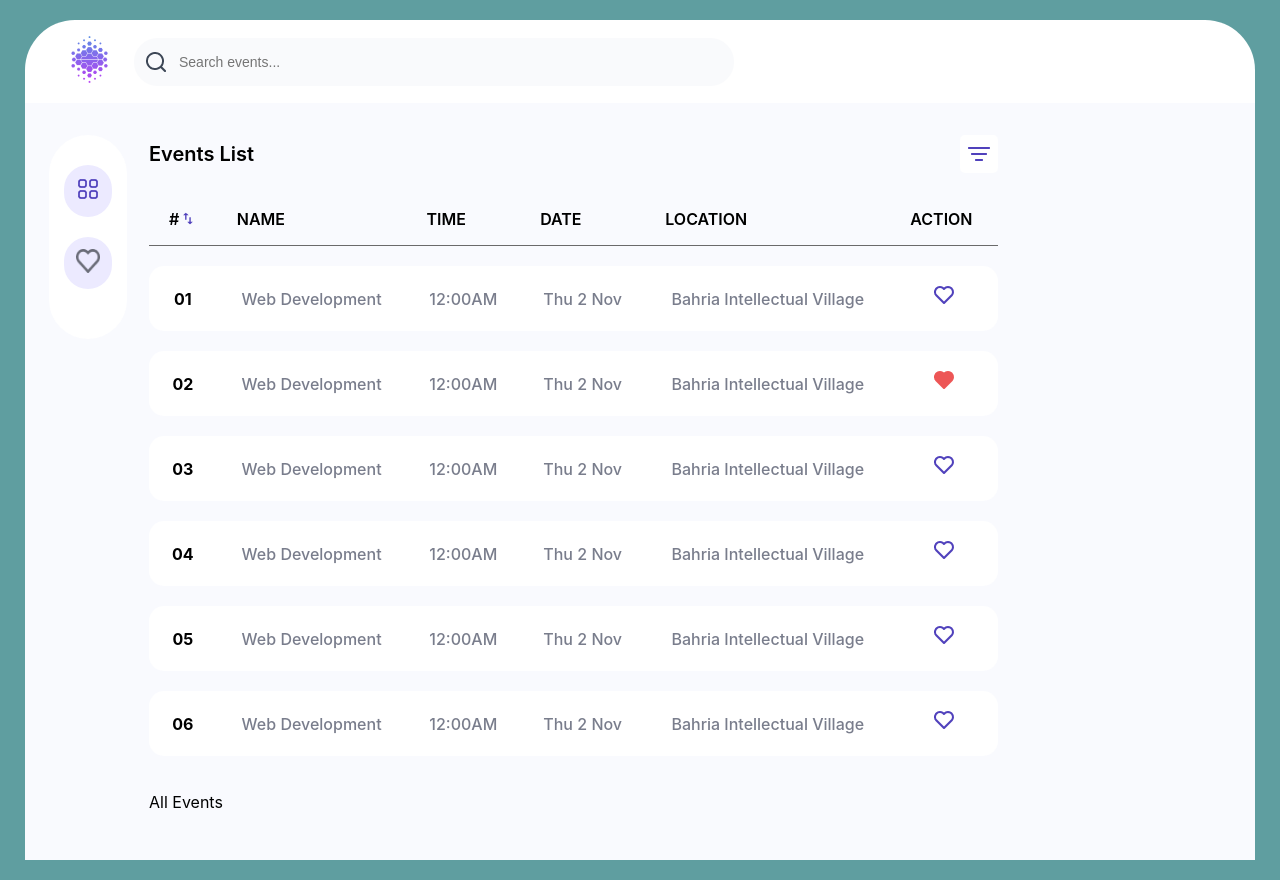
Repository: ahmadunitedsol710/react-dashboard
Page: /
The author's editor kept a copy of each file at every save. The page is drawn from the files as they stood at one save, then again after the next save.
The browser window is 1280 px wide. The pictures show the whole page.
The project was rebuilt for these pictures with package versions that can differ from the ones it lists, and the page was loaded fresh each time.

Above is the page before, as saved 2024-07-30 11:09:22.

After the next save:
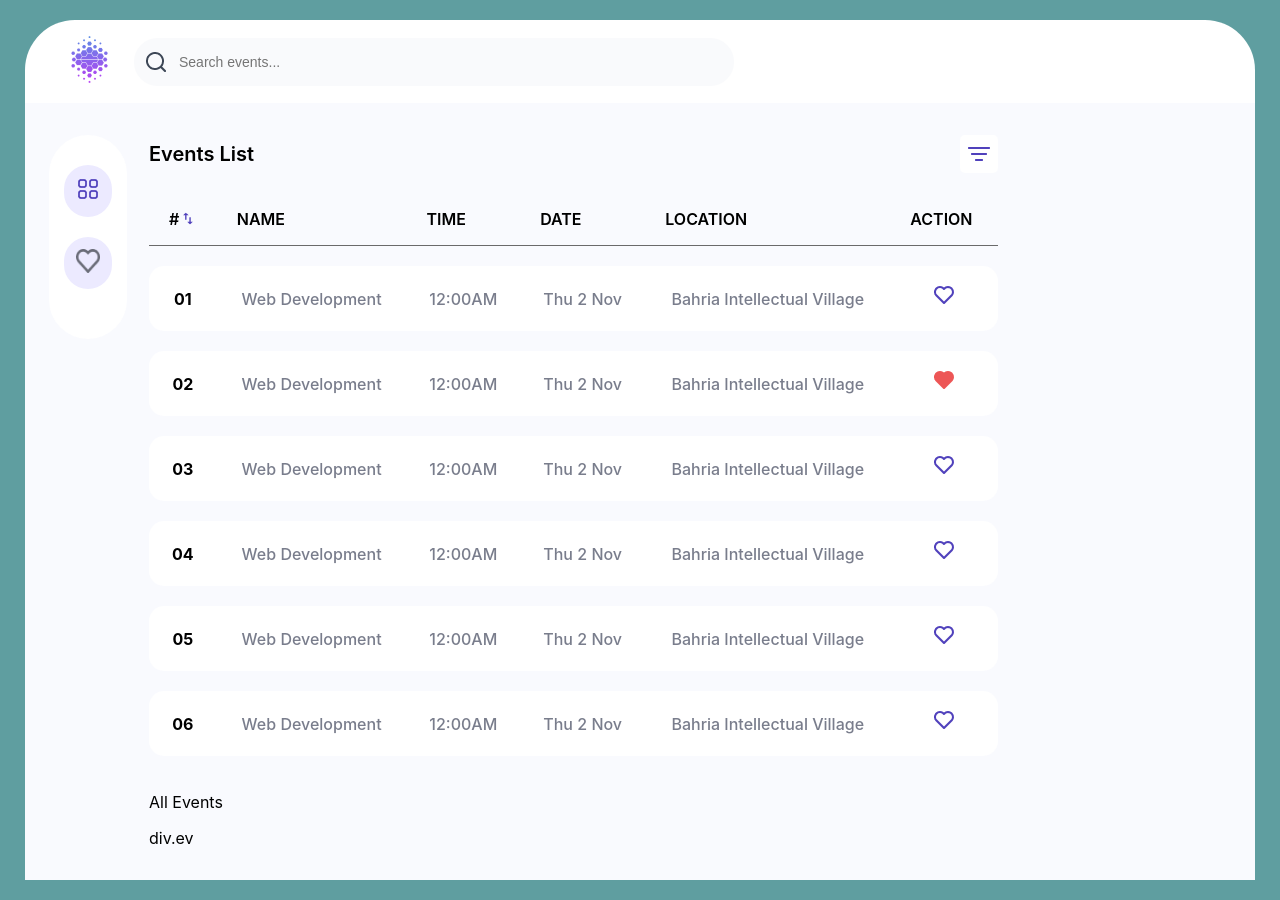
Saved 45 s later.
--- a/src/Components/Body/eventlist.js
+++ b/src/Components/Body/eventlist.js
@@ -86,7 +86,7 @@
                 <div className="cards">
                     <div className="all_events">
                         <p className='title'>All Events</p>
-
+                        div.ev
                     </div>
                     <div className="this_month"></div>
                     <div className="fav_events"></div>

After the save that followed:
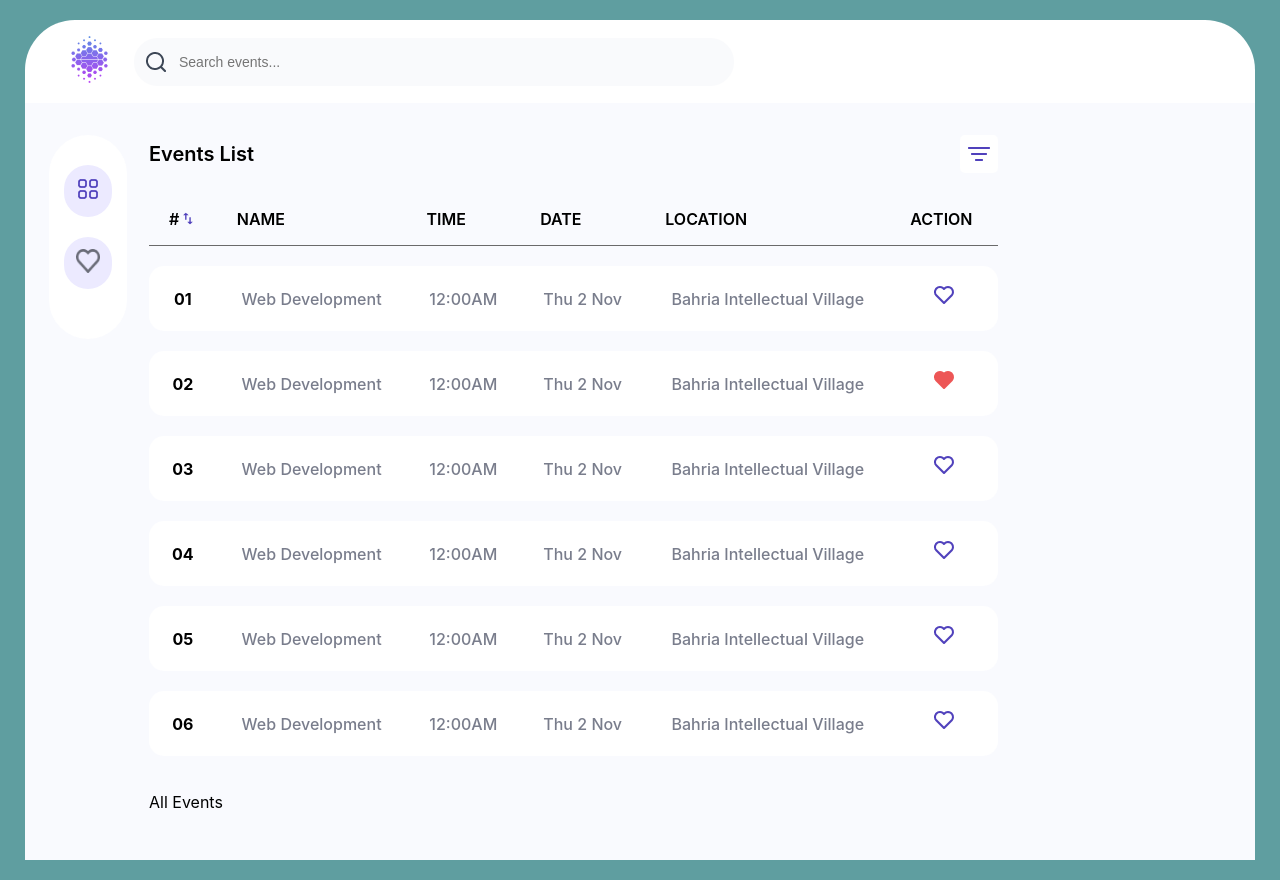
Saved 118 s later.
--- a/src/Components/Body/eventlist.js
+++ b/src/Components/Body/eventlist.js
@@ -86,7 +86,7 @@
                 <div className="cards">
                     <div className="all_events">
                         <p className='title'>All Events</p>
-                        div.ev
+
                     </div>
                     <div className="this_month"></div>
                     <div className="fav_events"></div>
